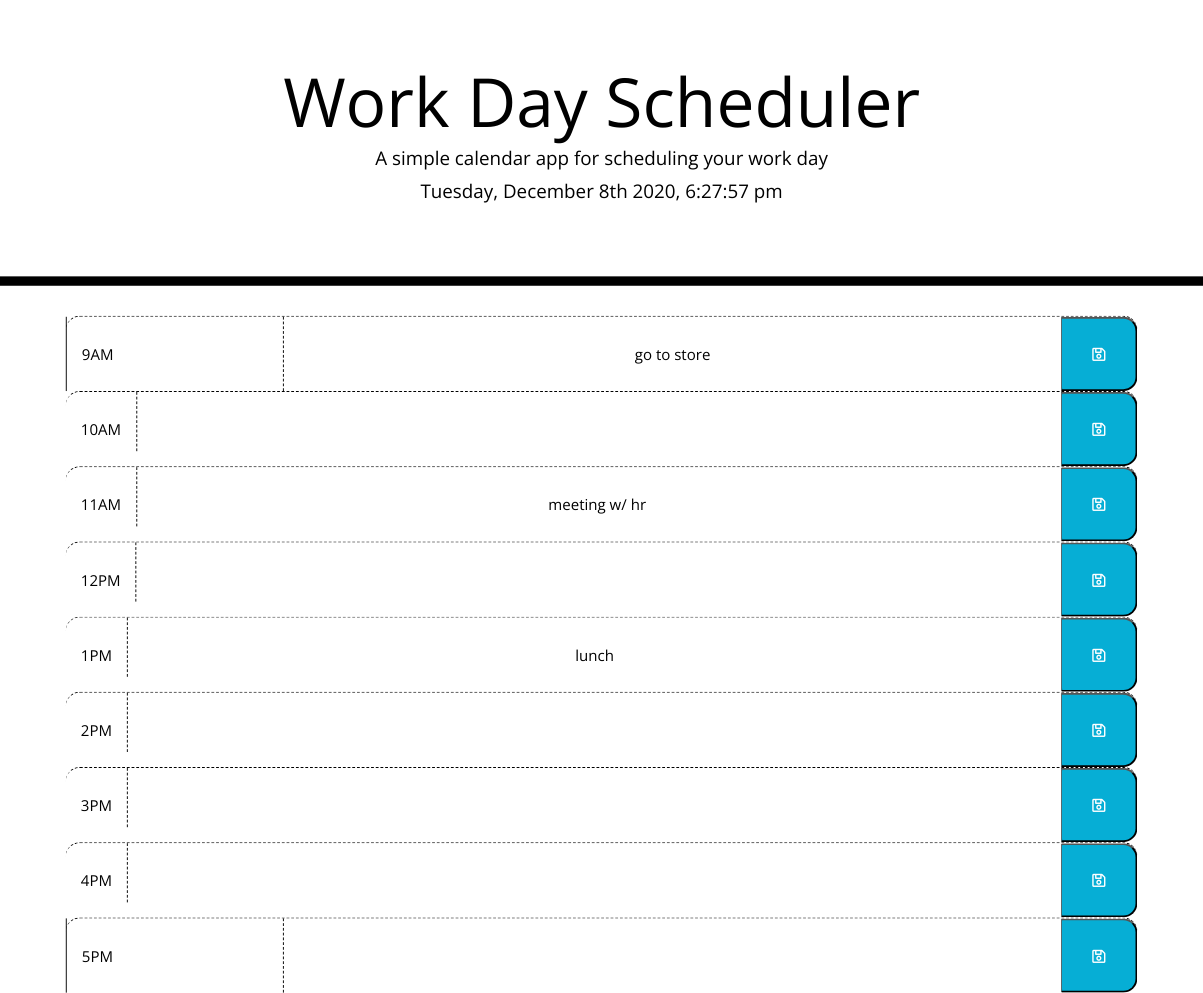
Repository: pnguyen6910/workdayscheduler
Page: index.html
The author's editor kept a copy of each file at every save. The page is drawn from the files as they stood at one save, then again after the next save.
The browser window is 1280 px wide. The pictures show the whole page, at 94% of full size.
Some web libraries are served in a nearby version.

Above is the page before, as saved 2020-12-10 18:02:57.
Console error: ReferenceError: click is not defined

### index.html
<!DOCTYPE html>
<html lang="en">
  <head>
    <meta charset="UTF-8" />
    <meta name="viewport" content="width=device-width, initial-scale=1.0" />
    <meta http-equiv="X-UA-Compatible" content="ie=edge" />
    <link
      rel="stylesheet"
      href="https://stackpath.bootstrapcdn.com/bootstrap/4.3.1/css/bootstrap.min.css"
    />
    <link
      rel="stylesheet"
      href="https://use.fontawesome.com/releases/v5.8.1/css/all.css"
      integrity="sha384-50oBUHEmvpQ+1lW4y57PTFmhCaXp0ML5d60M1M7uH2+nqUivzIebhndOJK28anvf"
      crossorigin="anonymous"
    />
    <link
      href="https://fonts.googleapis.com/css?family=Open+Sans&display=swap"
      rel="stylesheet"
    />
    <link rel="stylesheet" href="./style.css" />
    <title>Work Day Scheduler</title>
  </head>

  <body>
    <header class="jumbotron">
      <h1 class="display-3">Work Day Scheduler</h1>
      <p class="lead">A simple calendar app for scheduling your work day</p>
      <p id="currentDay" class="lead"></p>
    </header>
    <div class="container">
      <!-- Timeblocks go here -->
      <div class="time-block row hour">
        <textarea class="timeBlock">9AM</textarea>
        <p class="task">go to store</p>
        <button class="saveBtn"><i class="far fa-save"></i></button>
      </div>

      <div class="time-block row hour">
        <p class="timeBlock">10AM</p>
        <p class="task"></p>
        <button class="saveBtn"><i class="far fa-save"></i></button>
      </div>

      <div class="time-block row hour">
        <p class="timeBlock">11AM</p>
        <p class="task">meeting w/ hr </p>
        <button class="saveBtn"><i class="far fa-save"></i></button>
        </div>

      <div class="time-block row hour">
        <p class="timeBlock">12PM</p>
        <p class="task"></p>
        <button class="saveBtn"><i class="far fa-save"></i></button>
      </div>

      <div class="time-block row hour">
        <p class="timeBlock">1PM</p>
        <p class="task">lunch</p>
        <button class="saveBtn"><i class="far fa-save"></i></button>
      </div>

      <div class="time-block row hour">
        <p class="timeBlock">2PM</p>
        <p class="task"></p>
        <button class="saveBtn"><i class="far fa-save"></i></button>
      </div>

      <div class="time-block row hour">
        <p class="timeBlock">3PM</p>
        <p class="task"></p>
        <button class="saveBtn"><i class="far fa-save"></i></button>
      </div>

      <div class="time-block row hour">
        <p class="timeBlock">4PM</p>
        <p class="task"></p>
        <button class="saveBtn"><i class="far fa-save"></i></button>
      </div>

      <div class="time-block row hour">
        <textarea class="timeBlock">5PM</textarea>
        <p class="task"></p>
        <button class="saveBtn"><i class="far fa-save"></i></button>
      </div>
    </div>

    <script src="https://cdnjs.cloudflare.com/ajax/libs/jquery/3.2.1/jquery.min.js"></script>
    <script src="https://cdnjs.cloudflare.com/ajax/libs/moment.js/2.24.0/moment.min.js"></script>
    <script src="./assets/moment.min.js"></script>
    <script>
      console.log(moment())
      //variables
      var userInput = $(".task")
      var taskText = ("")
      var currentTime = moment().format('MMMM Do YYYY, h:mm:ss a')
      //adding date for current day, past day and so on
      //showing time of day
      $("#currentDay").text(moment().format('dddd') + ", " + currentTime)
      //refreshing current time
      //clicking on text block and entering information
      $(".task").on(click, function() {

      })
      //change the color of time blocks if it's the current time vs past time vs future
      //saving added text to local storage
    </script>
  </body>
</html>

### style.css
body {
  font-family: 'Open Sans', sans-serif;
  font-size: 16px;
  line-height: 1;
}

textarea {
  background: transparent;
  border: none;
  resize: none;
  color: #000000;
  border-left: 1px solid black;
  padding: 10px;
}

.jumbotron {
  text-align: center;
  background-color: transparent;
  color: black;
  border-radius: 0;
  border-bottom: 10px solid black;
}

.description {
  white-space: pre-wrap;
}

.time-block {
  text-align: center;
  border-radius: 15px;
}

.row {
  white-space: pre-wrap;
  height: 80px;
  border-top: 1px solid white;
}

.hour {
  background-color: #ffffff;
  color: #000000;
  border-top: 1px dashed #000000;
  /* padding-top: 2rem;
  padding-left: 1rem; */
}

.past {
  background-color: #d3d3d3;
  color: white;
}

.present {
  background-color: #ff6961;
  color: white;
}

.future {
  background-color: #77dd77;
  color: white;
}

.saveBtn {
  border-left: 1px solid black;
  border-top-right-radius: 15px;
  border-bottom-right-radius: 15px;
  background-color: #06aed5;
  color: white;
  padding-left: 2rem;
  padding-right: 2rem;
}

.saveBtn i:hover {
  font-size: 20px;
  transition: all 0.3s ease-in-out;
}

.task {
  text-align: center;
  margin: 0 auto;
  padding-left: 4rem;
  padding-right: 4rem;
  padding-top: 2rem;
}

.timeBlock {
  padding-top: 2rem;
  padding-left: 1rem;
  border-right: 1px dashed #000000;
  padding-right: 1rem;
}

Loaded but not shown: assets/moment.min.js (library)

After the next save:
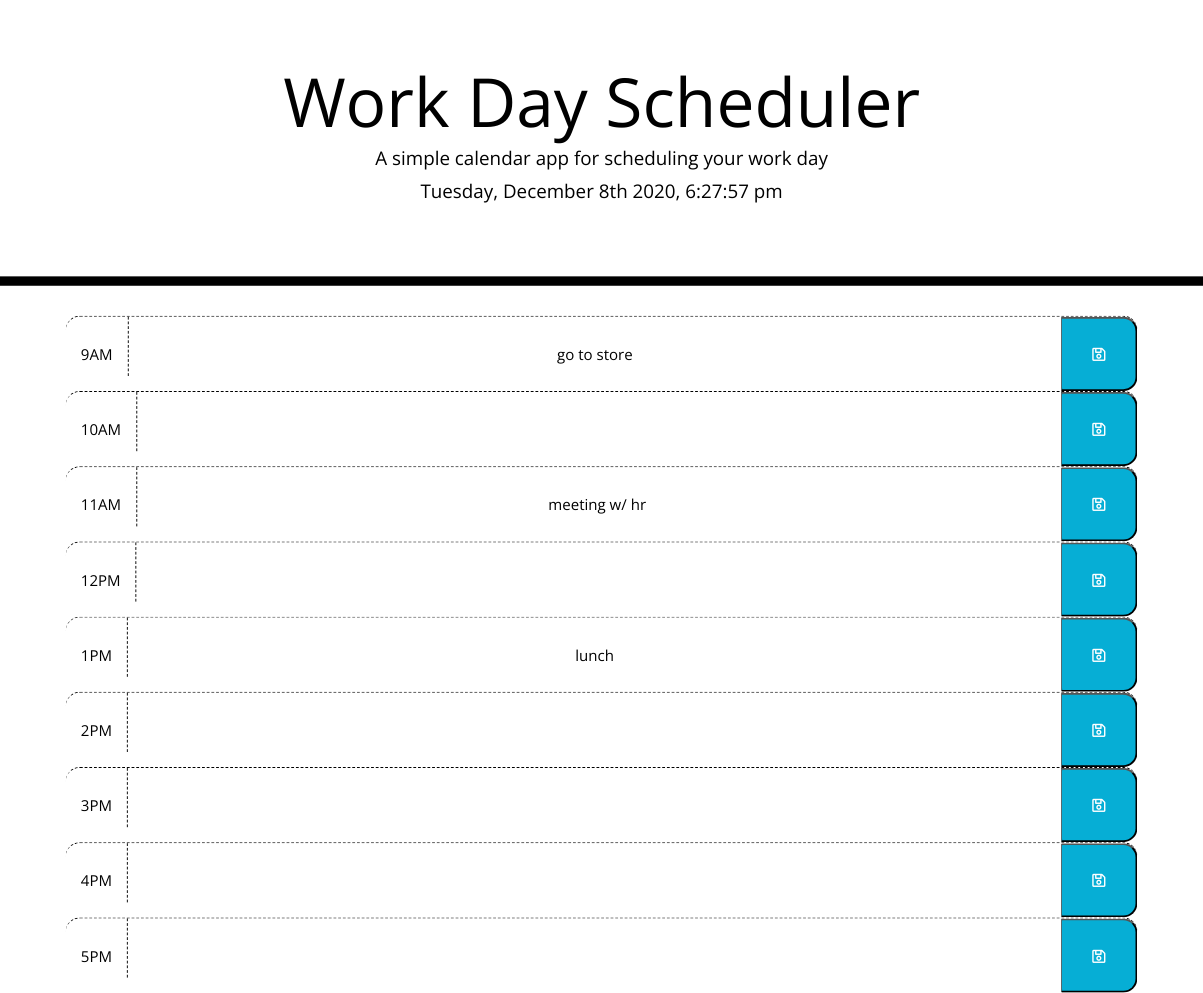
Saved 50 s later.
--- a/index.html
+++ b/index.html
@@ -31,7 +31,7 @@
     <div class="container">
       <!-- Timeblocks go here -->
       <div class="time-block row hour">
-        <textarea class="timeBlock">9AM</textarea>
+        <p class="timeBlock">9AM</p>
         <p class="task">go to store</p>
         <button class="saveBtn"><i class="far fa-save"></i></button>
       </div>
@@ -79,7 +79,7 @@
       </div>
 
       <div class="time-block row hour">
-        <textarea class="timeBlock">5PM</textarea>
+        <p class="timeBlock">5PM</p>
         <p class="task"></p>
         <button class="saveBtn"><i class="far fa-save"></i></button>
       </div>
